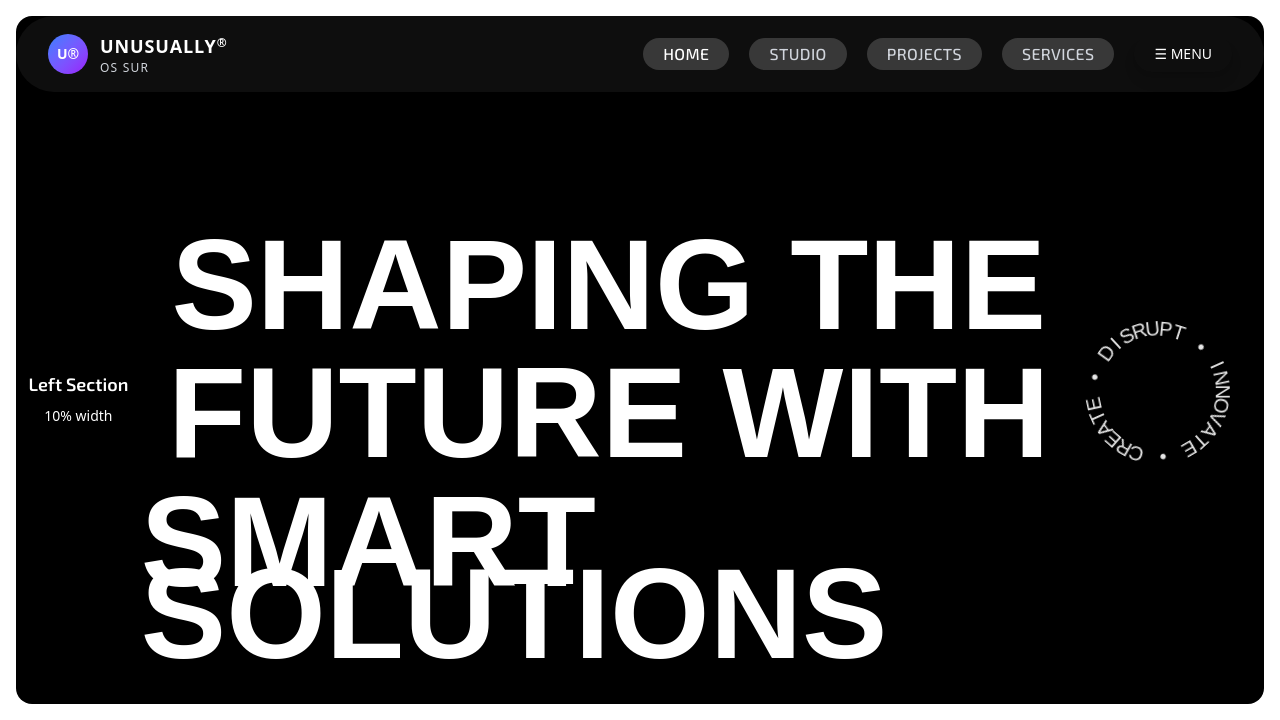
Repository: A-y-u-s-h-29/Digital-Express-India-With-Carrer-Page-And-RazorPay
Page: / (app in op/)
An editor plug-in stored every save of this project. The page is shown before and after the next save, followed by the edit.
The browser window is 1280 px wide. The pictures show the whole page.
Some web fonts or font styles are not loaded; a fallback is used. The project was rebuilt for these pictures with package versions that can differ from the ones it lists, and the page was loaded fresh each time. Also part of the build but not shown: op/vite.config.js.

Above is the page before, as saved 2025-12-04 15:31:32.

After the next save:
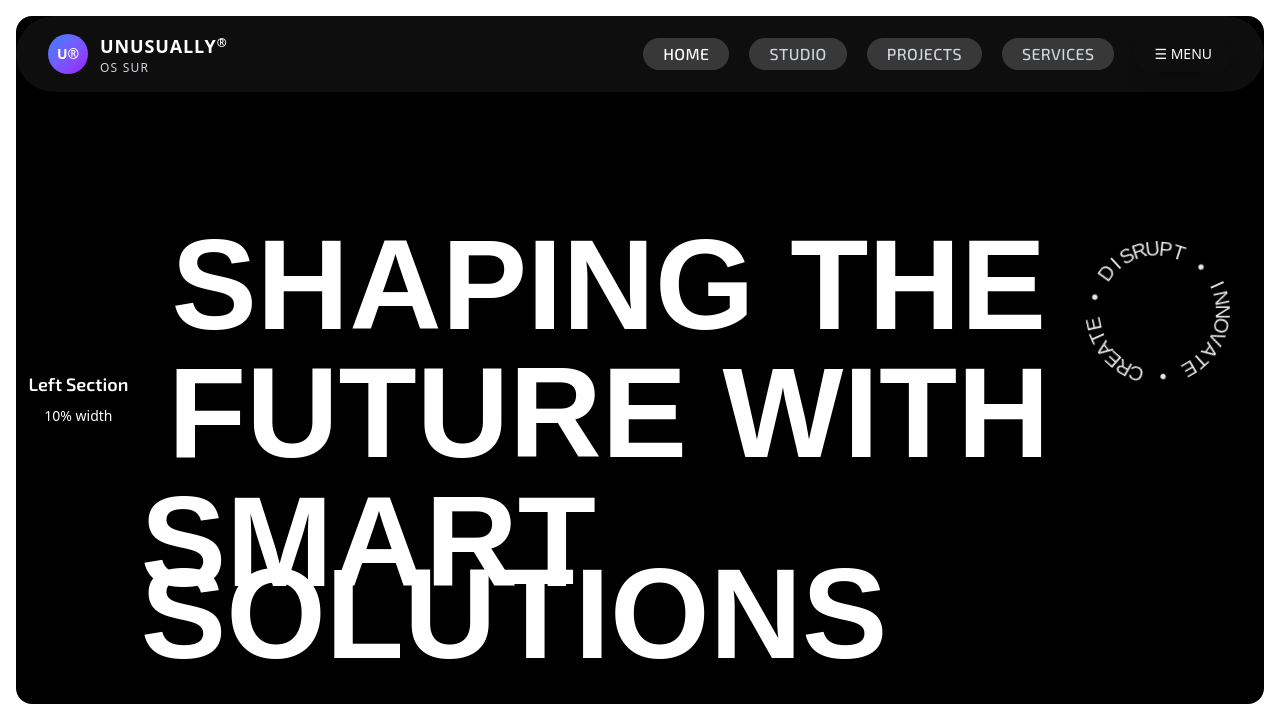
Saved 7 s later.
--- a/op/src/components/Home.jsx
+++ b/op/src/components/Home.jsx
@@ -52,7 +52,7 @@ function Home() {
           <div className="w-[15%] flex flex-col justify-center  ">
             {/* Vertical Circular Text */}
             <div className="relative h-full  ">
-              <button className="mt-25">
+              <button className="mt-5">
               <CircularText
                 text="INNOVATE • CREATE • DISRUPT • "
                 spinDuration={30}
